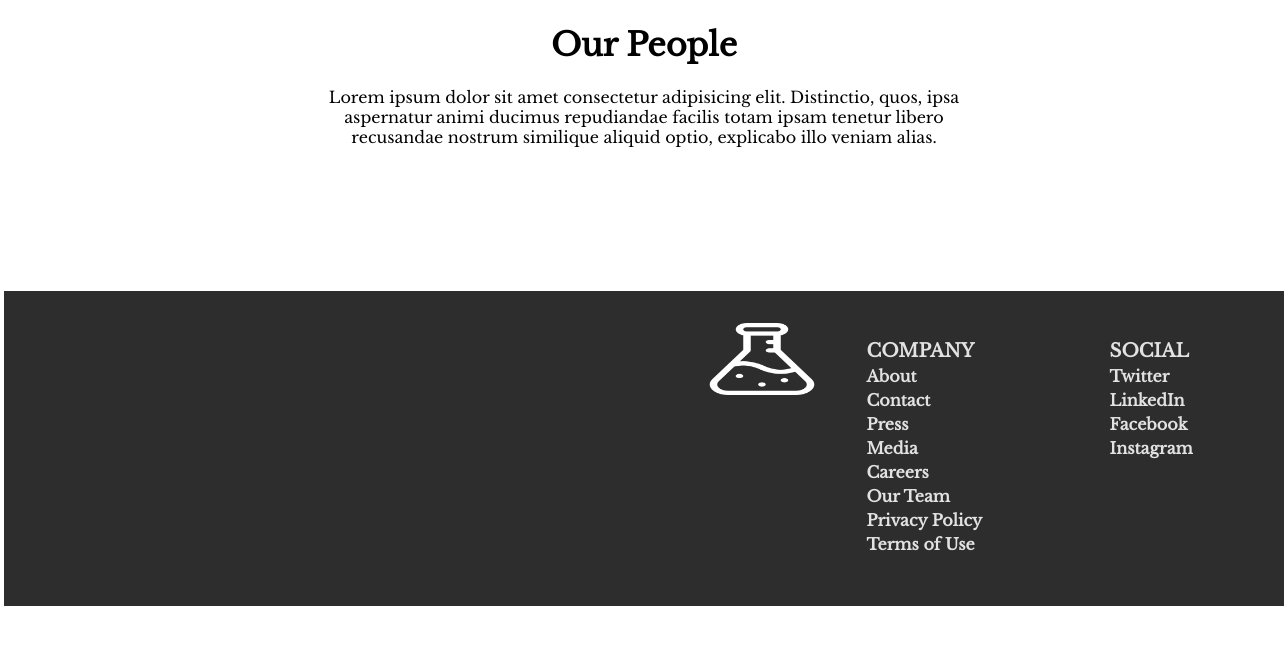
Repository: Tsardines/app
Page: / (app in my-app/)
These files come from the project's save history. The page is drawn as it stood at one moment and after a run of saves; the edit follows.
The browser window is 1280 px wide. The page is 1288 px wide, so the pictures cover 1288 px, including what lies to the right of the window. The pictures show the whole page.
The page's requests for data from a server got no answer. The project was rebuilt for these pictures with package versions that can differ from the ones it lists, and the page was loaded fresh each time. No one was signed in, and anything a server would have sent is missing.

Above is the page before, as saved 2018-11-14 20:18:36.

After the next 2 saves:
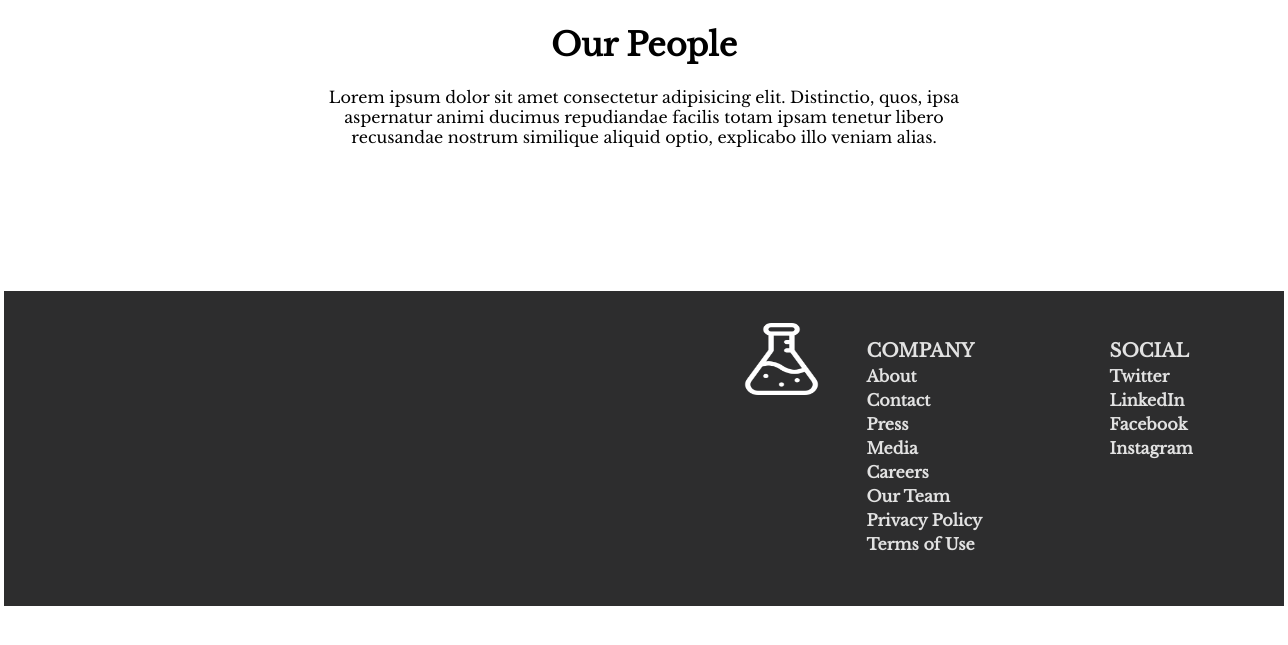
The 2 saves are shown as one change because they came seconds apart.
The last was saved 12 s later.
--- a/my-app/src/components/Footer.css
+++ b/my-app/src/components/Footer.css
@@ -43,5 +43,5 @@
 
 .beaker {
     height: 10vh;
-    width: 10vw;
+    width: 7vw;
 }
